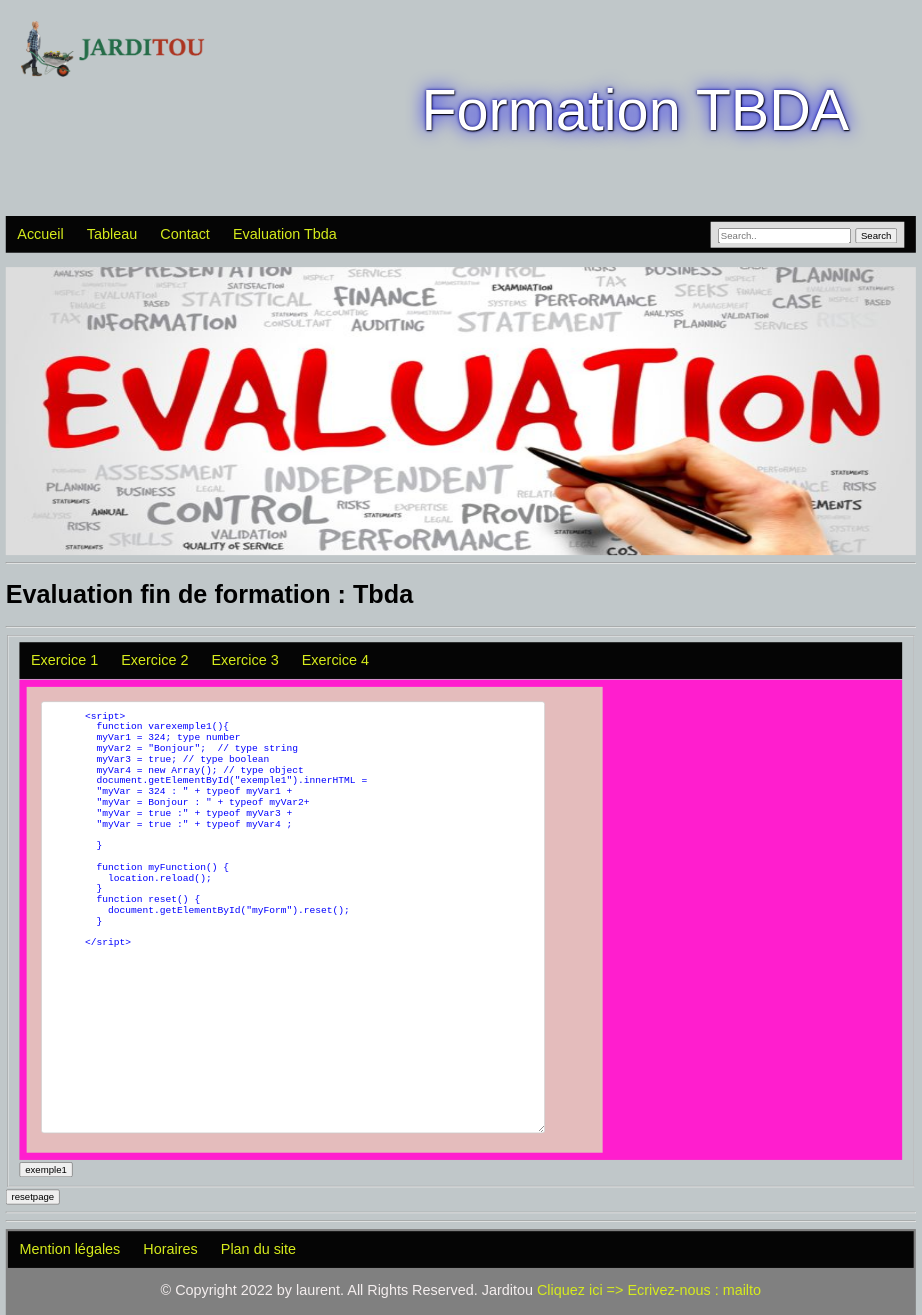
Repository: laurentbul/jarditou
Page: javascript/EvaluationTbda/evaluation_tbda.html
The author's editor kept a copy of each file at every save. The page is drawn from the files as they stood at one save, then again after the next save.
The browser window is 1280 px wide. The pictures show the whole page, at 72% of full size.

Above is the page before, as saved 2022-12-15 03:36:55.

After the next save:
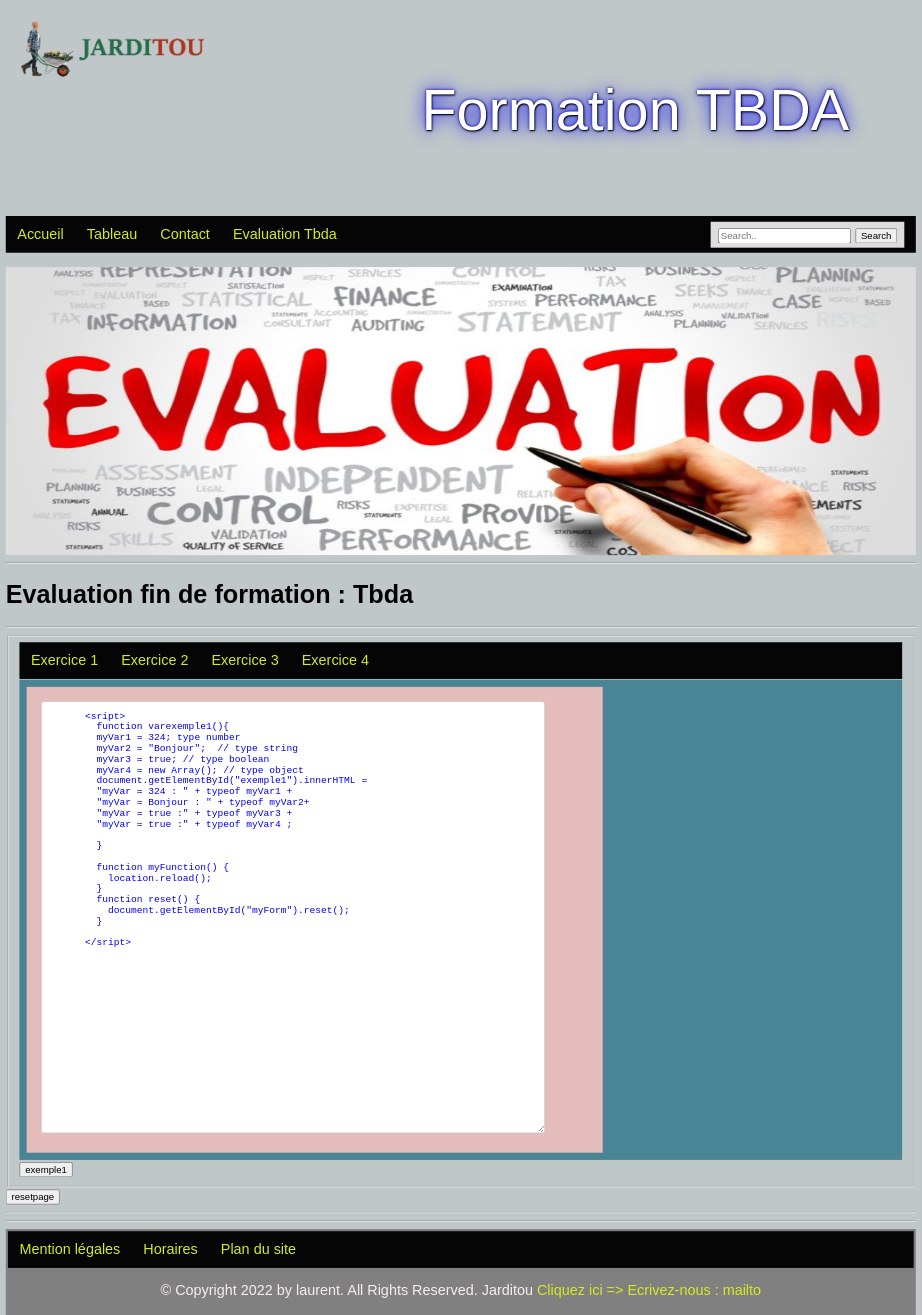
Saved 50 s later.
--- a/javascript/EvaluationTbda/evaluation_tbda.html
+++ b/javascript/EvaluationTbda/evaluation_tbda.html
@@ -11,7 +11,7 @@
   <style>
     .flex-container2 {
       display: flex;
-      background-color: rgb(255, 30, 206);
+      background-color: rgb(73, 133, 149);
     }
 
     .flex-container2>div {
